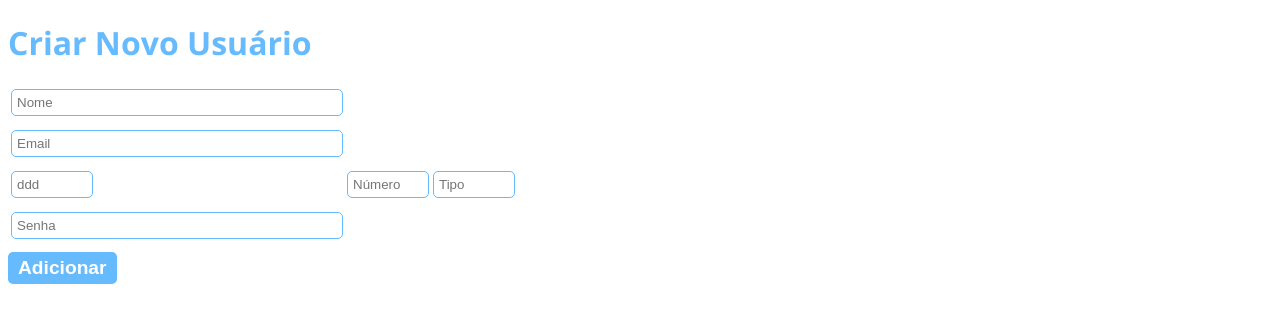
Repository: AbnerRS/DesafioSefaz
Page: DesafioSefaz/src/main/webapp/novo.html
The author's editor kept a copy of each file at every save. The page is drawn from the files as they stood at one save, then again after the next save.
The browser window is 1280 px wide. The pictures show the whole page.

Above is the page before, as saved 2021-07-31 14:51:39.

### DesafioSefaz/src/main/webapp/novo.html
<!DOCTYPE html>
<html lang="pt-br">
<head>
<meta charset="utf-8">
<title>Cadastro</title>
<link rel="icon" href="imagens/favicon.png">
<link rel="stylesheet" href="style.css">
</head>
<body>
	<h1>Criar Novo Usuário</h1>
	<form name="frmUsuario" action="insert">
		<table>
			<tr>
				<td><input type="text" name="nome" placeholder="Nome" class="Caixa1"></td>
			</tr>
			<tr>
				<td><input type="text" name="email" placeholder="Email" class="Caixa1"></td>
			</tr>
			<tr>
				<td><input type="tel" name="telefoneDddd" placeholder="ddd" class="Caixa2"></td>
				<td><input type="tel" name="telefoneNumero" placeholder="Número" class="Caixa2"></td>
				<td><input type="tel" name="telefoneTipo" placeholder="Tipo" class="Caixa2"></td>
			</tr>
			<tr>
				<td><input type="password" name="senha" placeholder="Senha" class="Caixa1"></td>
			</tr>
		</table>
		<input type="button" value="Adicionar" class="Botao" onclick="validar()">
	</form>

	<script src="scripts/validador.js"></script>
</body>
</html>

### DesafioSefaz/src/main/webapp/style.css
@charset "utf-8";

@import
	url('https://fonts.googleapis.com/css2?family=Open+Sans:wght@400;700&display=swap')
	;

body {
	font-family: 'Open Sans', sans-serif;
	font-size: 1em;
	font-weight: 400;
}

h1 {
	color: #66bbff;
}

.Botao {
	text-decoration: none;
	background-color: #66bbff;
	padding: 5px 10px 5px 10px;
	color: #fff;
	font-size: 1.2em;
	font-weight: 700;
	border-radius: 5px;
	border: 0;
	cursor: pointer;
}

.Botao2 {
	text-decoration: none;
	background-color: #d51213;
	padding: 5px 10px 5px 10px;
	color: #fff;
	font-size: 1.2em;
	font-weight: 700;
	border-radius: 5px;
}

.Caixa1 {
	width: 320px;
	padding: 5px;
	margin-bottom: 10px;
	border: 1px solid #66bbff;
	border-radius: 5px;
}

.Caixa2 {
	padding: 5px;
	width: 70px;
	margin-bottom: 10px;
	border: 1px solid #66bbff;
	border-radius: 5px;
	padding: 5px;
}

#caixa3 {
	padding: 5px;
	margin-bottom: 10px;
	border: 1px solid #ff0000;
}

#tabela {
	margin-bottom: 30px;
	border-collapse: collapse;
}

#tabela th {
	border: 1px solid #ddd;
	padding: 10px;
	text-align: left;
	background-color: #66bbff;
	color: #fff;
}

#tabela td {
	border: 1px solid #ddd;
	padding: 10px;
}

### DesafioSefaz/src/main/webapp/scripts/validador.js
/**
 * Validação de Formulário
 */

function validar() {
	let nome = frmUsuario.nome.value
	let email = frmUsuario.email.value
	let telefone = frmUsuario.telefone.value
	let senha = frmUsuario.senha.value

	if (nome === "") {
		alert('Preencha o campo Nome')
		frmUsuario.nome.focus()
		return false
	} else if (email === "") {
		alert('Preencha o campo E-mail')
		frmUsuario.email.focus()
		return false
	} else if (telefone === "") {
		alert('Preencha o campo Telefone')
		frmUsuario.telefone.focus()
		return false
	} else if (senha === "") {
		alert('Preencha o campo Senha')
		frmUsuario.senha.focus()
		return false
	}else{
		document.forms["frmUsuario"].submit()
	}
}

After the next save:
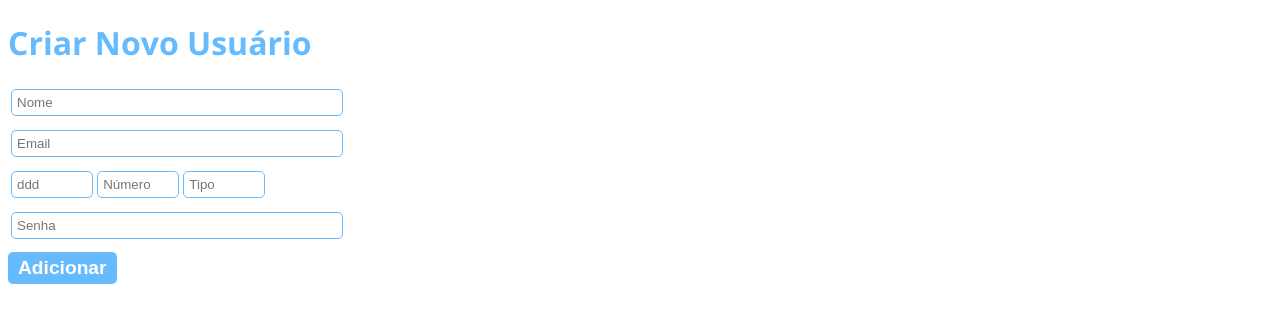
Saved 65 s later.
--- a/DesafioSefaz/src/main/webapp/novo.html
+++ b/DesafioSefaz/src/main/webapp/novo.html
@@ -17,9 +17,10 @@
 				<td><input type="text" name="email" placeholder="Email" class="Caixa1"></td>
 			</tr>
 			<tr>
-				<td><input type="tel" name="telefoneDddd" placeholder="ddd" class="Caixa2"></td>
-				<td><input type="tel" name="telefoneNumero" placeholder="Número" class="Caixa2"></td>
-				<td><input type="tel" name="telefoneTipo" placeholder="Tipo" class="Caixa2"></td>
+				<td><input type="tel" name="telefoneDddd" placeholder="ddd" class="Caixa2">
+				<input type="tel" name="telefoneNumero" placeholder="Número" class="Caixa2">
+				<input type="tel" name="telefoneTipo" placeholder="Tipo" class="Caixa2">
+				</td>
 			</tr>
 			<tr>
 				<td><input type="password" name="senha" placeholder="Senha" class="Caixa1"></td>
